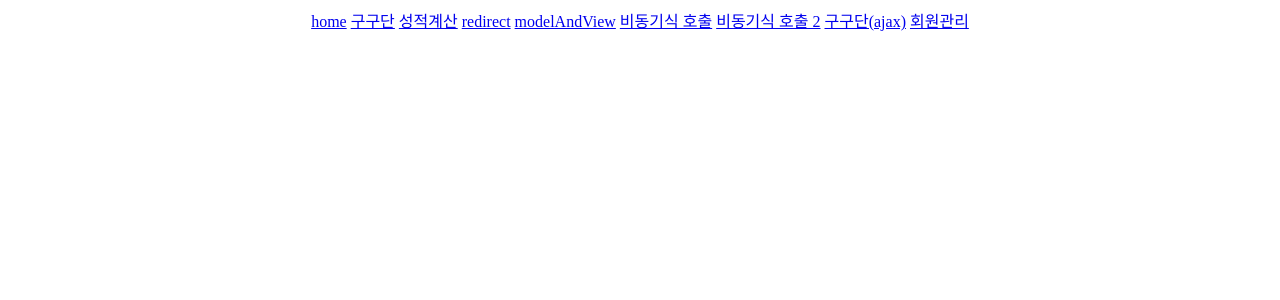
Repository: junhyeoksin/spring_program
Page: http://localhost/springProgram/multi_table.do
These files come from the project's save history. The page is drawn as it stood at one moment and after the next save; the edit follows.
The browser window is 1280 px wide. The pictures show the whole page.
The page is served by Tomcat 9.

Above is the page before, as saved 2022-01-05 13:40:01.

After the next save:
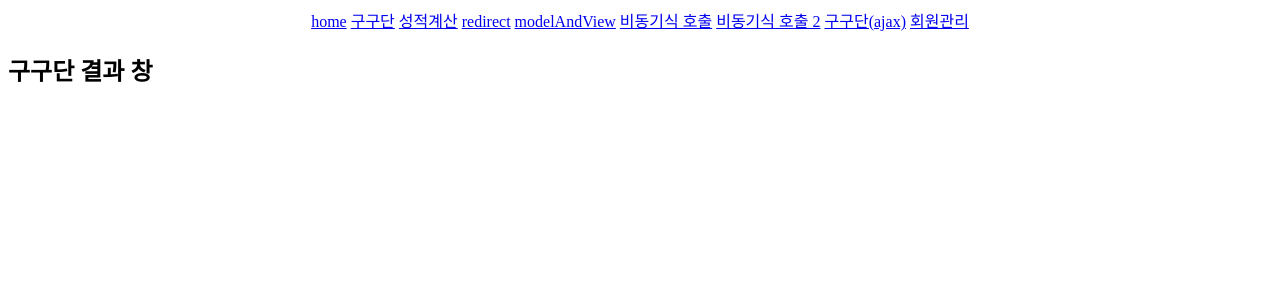
Saved 8 s later.
--- a/springProgram/src/main/webapp/WEB-INF/views/test/multi_table.jsp
+++ b/springProgram/src/main/webapp/WEB-INF/views/test/multi_table.jsp
@@ -8,5 +8,6 @@
 </head>
 <body>
 <%@ include file="../include/menu.jsp" %>
+<h2>구구단 결과 창 </h2>
 </body>
 </html>
